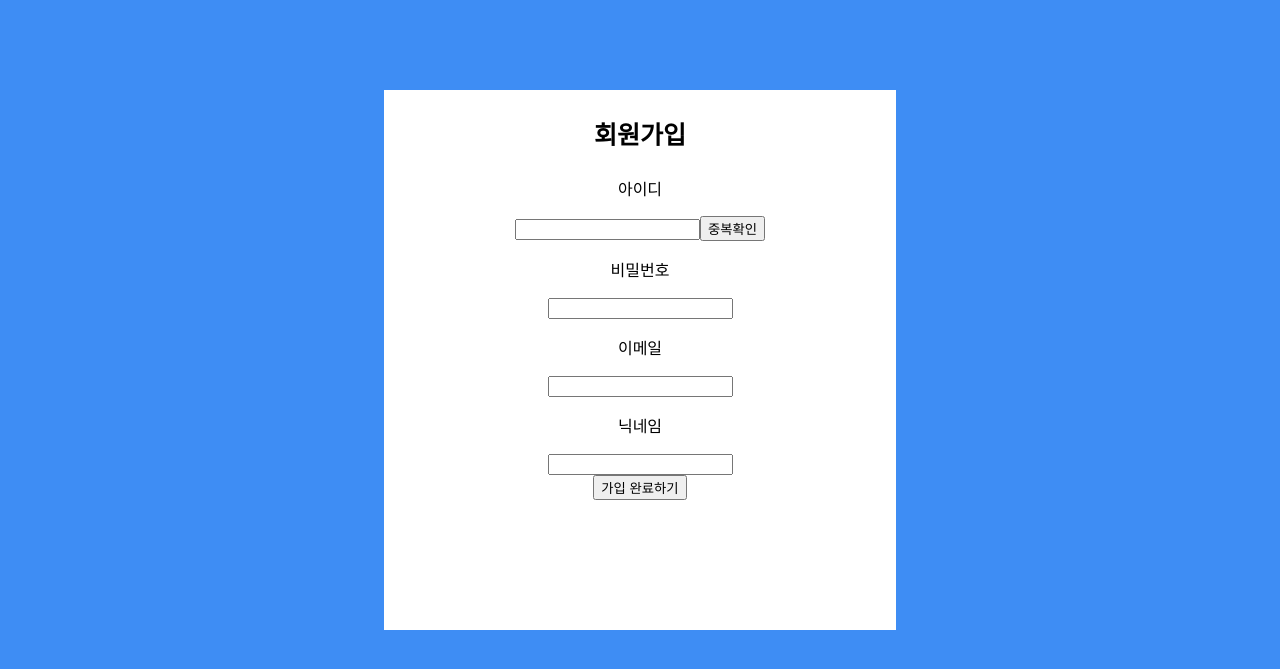
Repository: TeamCosine/Front
Page: /invite
An editor plug-in stored every save of this project. The page is shown before and after the next save, followed by the edit.
The browser window is 1280 px wide. The pictures show the whole page.
The project was rebuilt for these pictures with package versions that can differ from the ones it lists, and the page was loaded fresh each time. Also part of the build but not shown: src/components/home/Card.js, src/pages/Home.js, src/pages/Profile.js, src/pages/Login.js, src/components/MyInfo/Card.js, src/pages/MyInfo.js, src/pages/Write.js, src/components/common/Title.js and 1 more.

Above is the page before, as saved 2023-07-15 22:11:27.

After the next save:
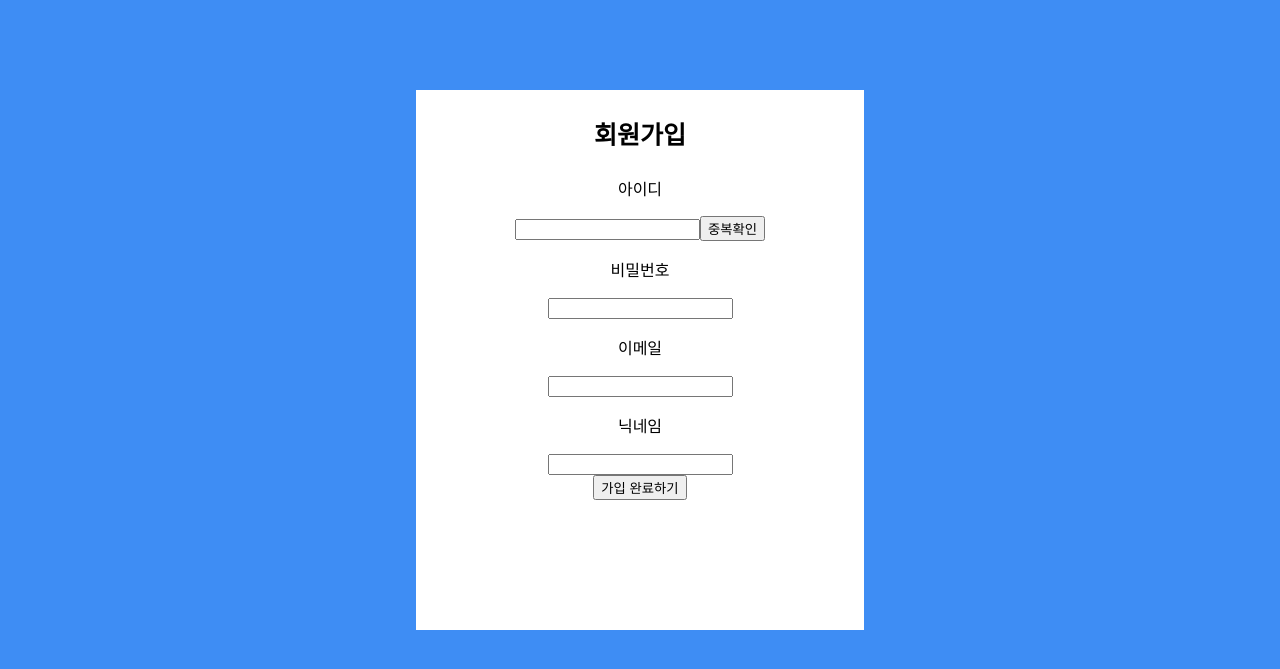
Saved 11 s later.
--- a/src/pages/Invite.js
+++ b/src/pages/Invite.js
@@ -13,7 +13,7 @@ const Container = styled.div`
 `;
 const InviteContainer = styled.div`
    background-color: white;
-   width: 40vw;
+   width: 35vw;
    height: 75vh;
 
 `;
